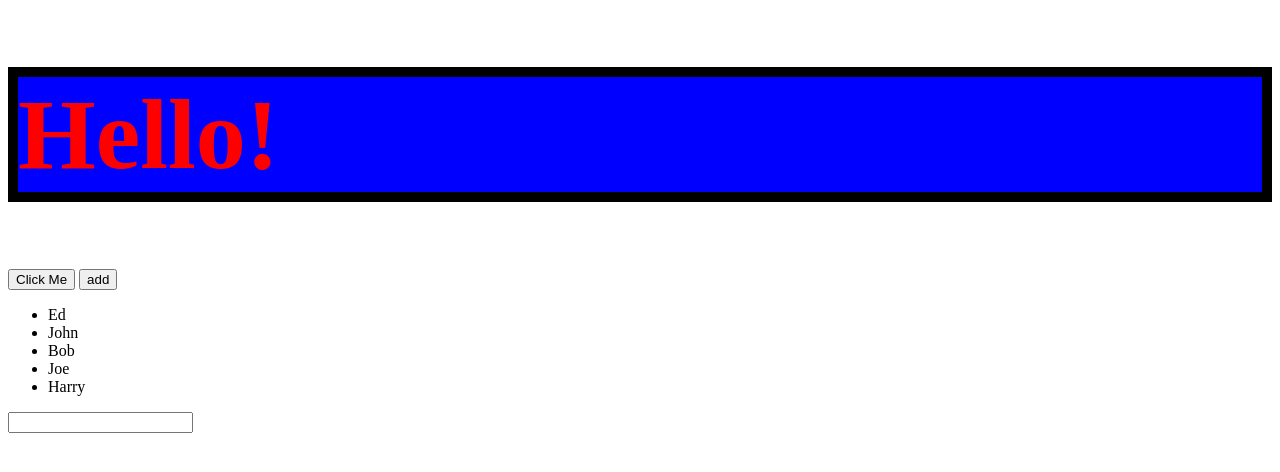
Repository: jnguyen113/DOM-Manipulation
Page: index.html
An editor plug-in stored every save of this project. The page is shown before and after the next save, followed by the edit.
The browser window is 1280 px wide. The pictures show the whole page.

Above is the page before, as saved 2020-06-12 11:11:46.

After the next save:
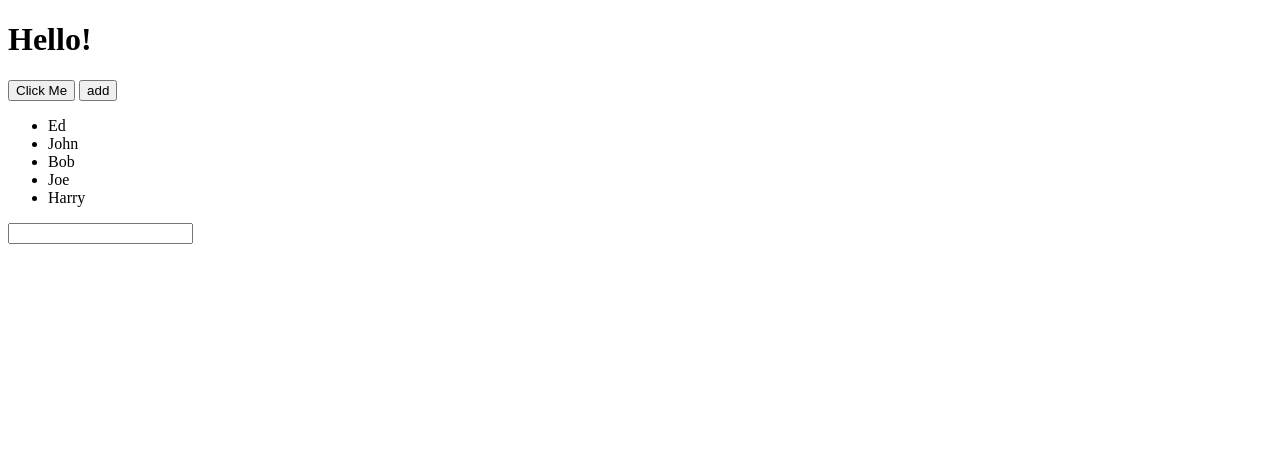
Console error: ReferenceError: addL is not defined
Saved 29 s later.
--- a/main.js
+++ b/main.js
@@ -13,6 +13,7 @@
     });
 }
 
+addL
 console.log(listInput.value);
 text.style.color = 'red';
 text.style.backgroundColor = 'blue';

After the 4 saves that followed:
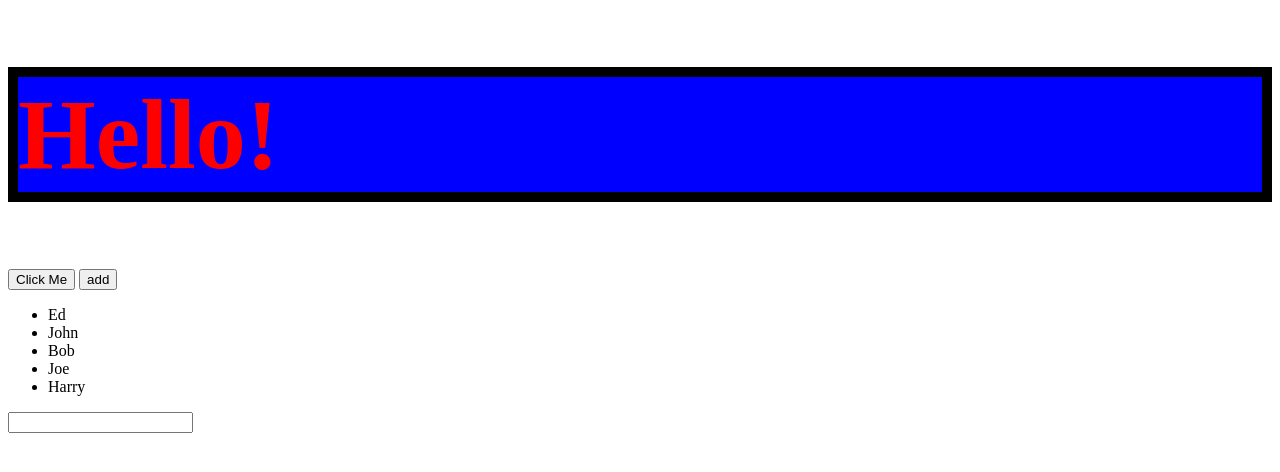
The error is gone.
The 4 saves are shown as one change because they came seconds apart.
The last was saved 16 s later.
--- a/main.js
+++ b/main.js
@@ -13,7 +13,9 @@
     });
 }
 
-addL
+addListButton.addEventListener('click',function(){
+
+});
 console.log(listInput.value);
 text.style.color = 'red';
 text.style.backgroundColor = 'blue';
